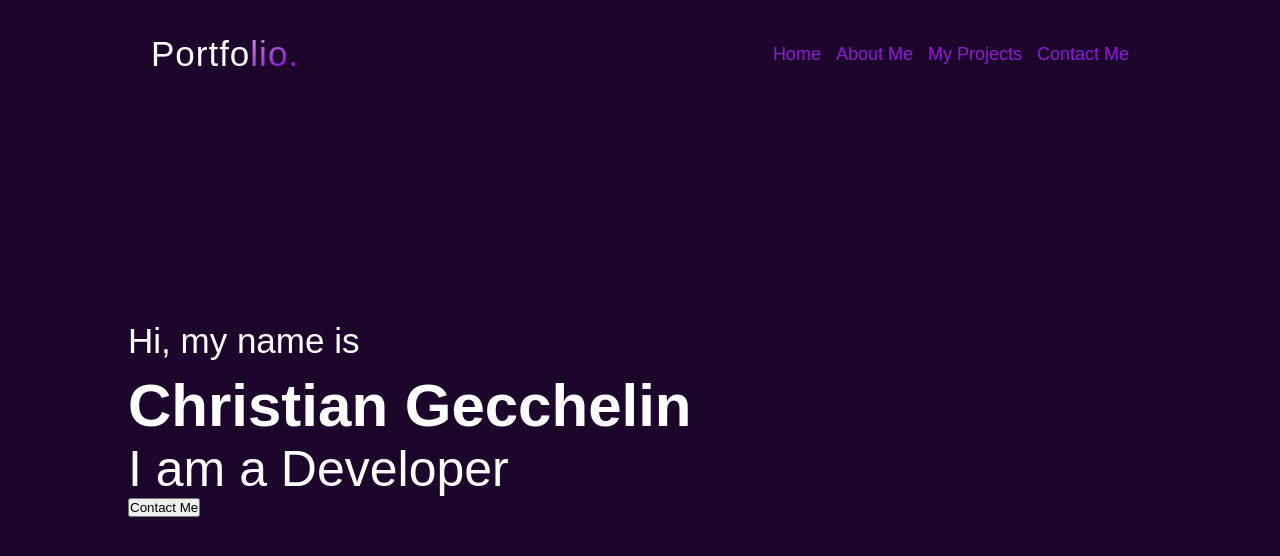
Repository: ChristianGecchelin/portfolio-web
Page: /
The author's editor kept a copy of each file at every save. The page is drawn from the files as they stood at one save, then again after the next save.
The browser window is 1280 px wide. The pictures show the whole page.
The project was rebuilt for these pictures with package versions that can differ from the ones it lists, and the page was loaded fresh each time. Also part of the build but not shown: src/App/App.css.

Above is the page before, as saved 2022-01-20 19:32:12.

After the next save:
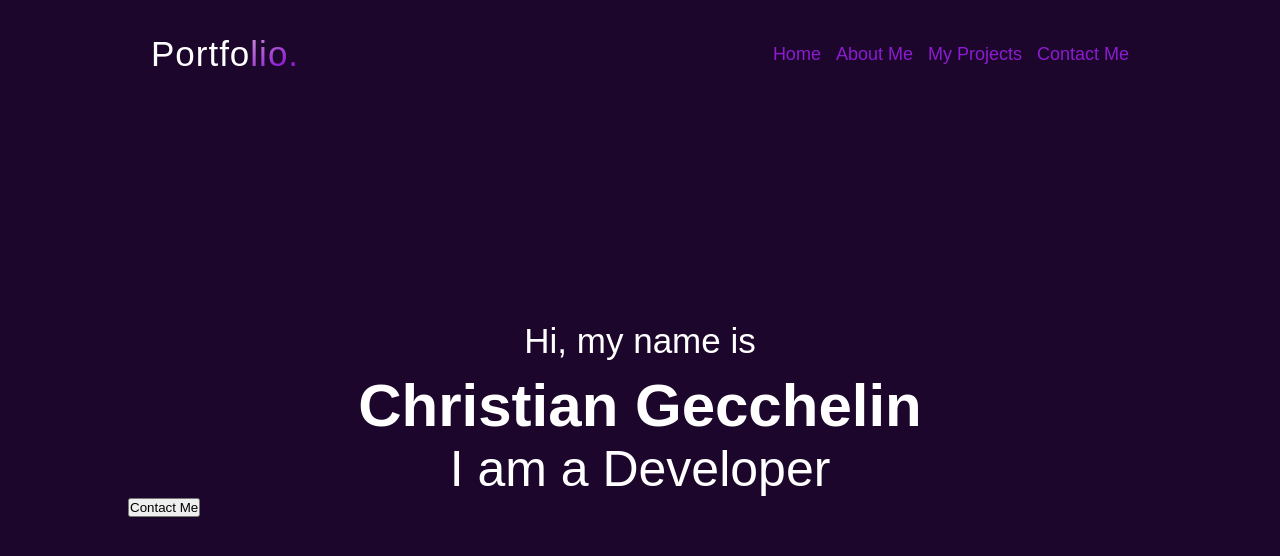
Saved 2 min 18 s later.
--- a/src/Home/Home.css
+++ b/src/Home/Home.css
@@ -33,3 +33,29 @@
   font-weight: 500;
   color: #fff;
 }
+@media (min-width: 768px) {
+  .text-container {
+    display: flex;
+    flex-direction: column;
+    justify-content: center;
+    align-items: center;
+    width: 100%;
+    height: auto;
+  }
+  .first-lineText {
+    font-size: 3.5rem;
+    font-weight: 500;
+    line-height: 6rem;
+    color: #fff;
+  }
+  .principal-lineText {
+    font-size: 6rem;
+    font-weight: 700;
+    color: #fff;
+  }
+  .secondary-lineText {
+    font-size: 5rem;
+    font-weight: 500;
+    color: #fff;
+  }
+}
